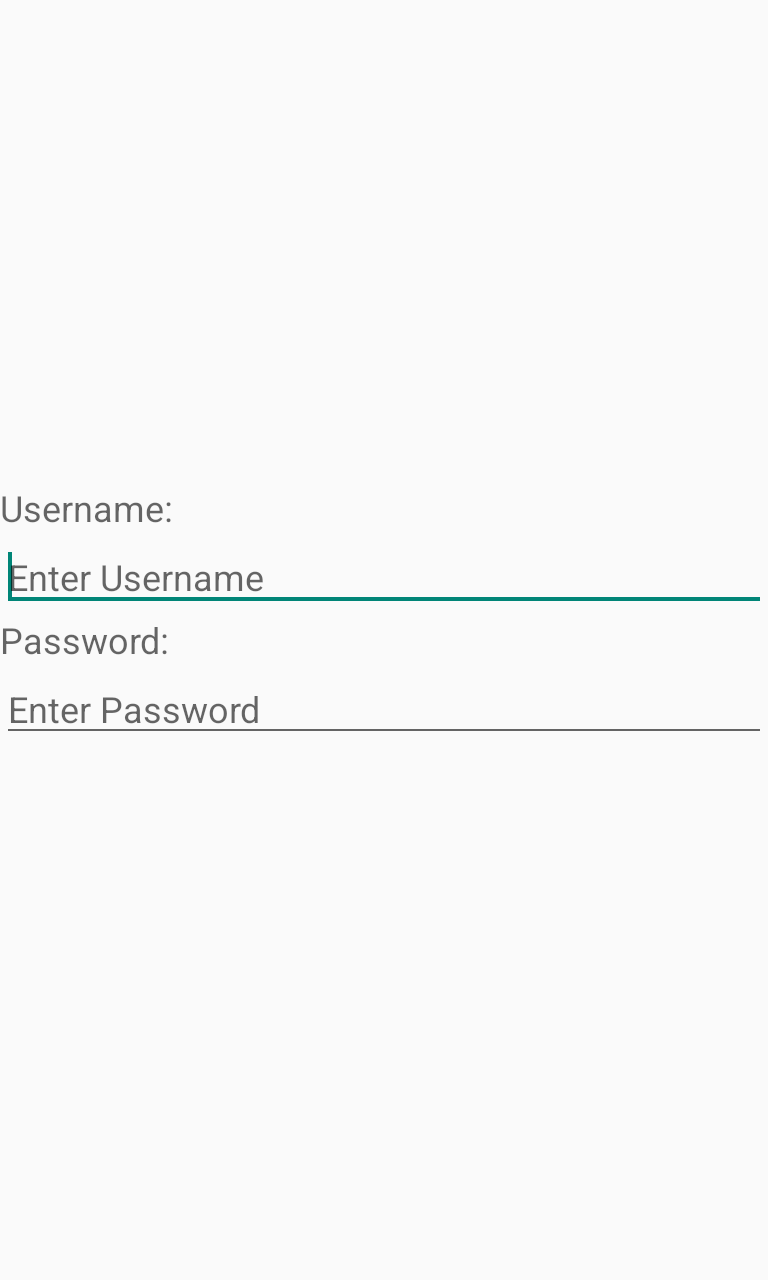
Repository: japheth-starita/DoorLockSystem
Layout: DoorLockSystem/res/layout/activity_login_device_man.xml
The author's editor kept a copy of each file at every save. The layout is drawn from the files as they stood at one save, then again after the next save.
It is drawn on a 768 x 1280 px phone screen (xhdpi) without system bars, with theme AppTheme; the app's code is not run.

Above is the layout before, as saved 2015-11-20 12:49:42.

After the next save:
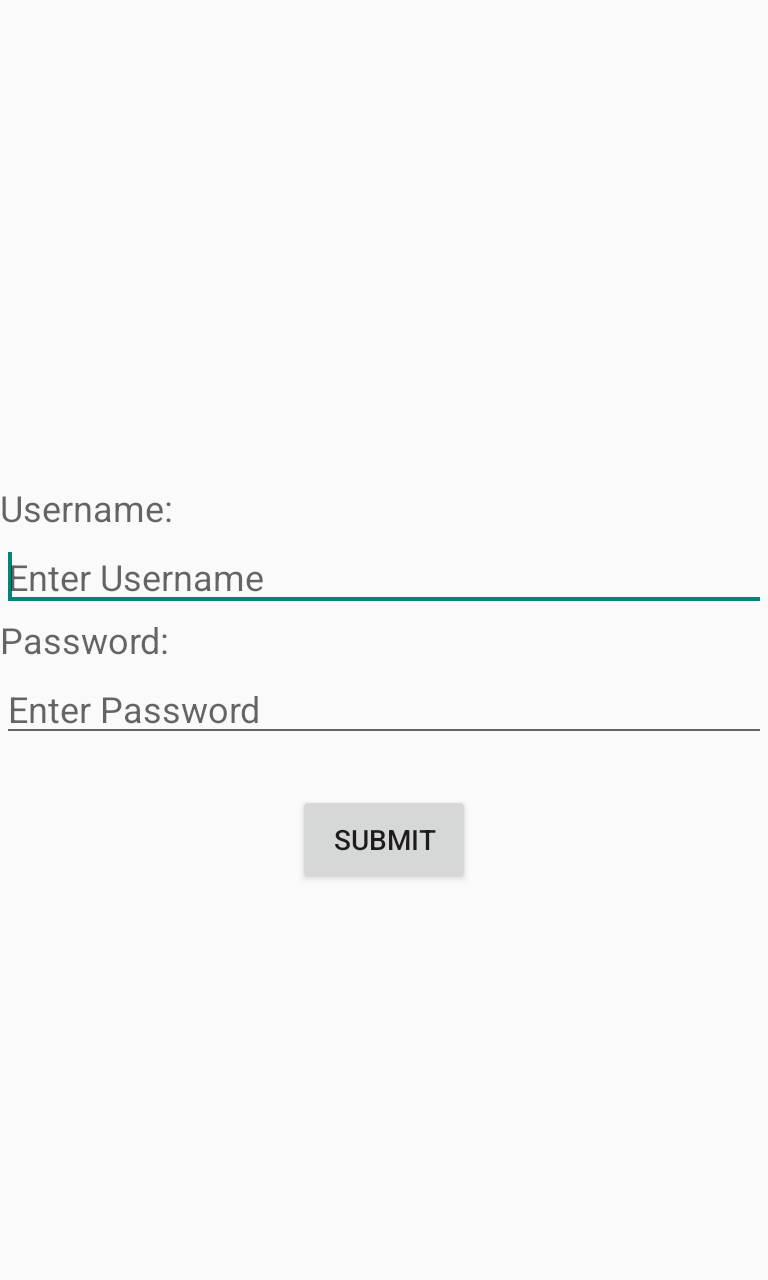
Saved 43 s later.
--- a/DoorLockSystem/res/layout/activity_login_device_man.xml
+++ b/DoorLockSystem/res/layout/activity_login_device_man.xml
@@ -39,4 +39,13 @@
         android:inputType="textPassword"
         android:hint="Enter Password" />
 
+    <Button
+        android:id="@+id/submit"
+        android:layout_width="wrap_content"
+        android:layout_height="wrap_content"
+        android:layout_below="@+id/pw"
+        android:layout_centerHorizontal="true"
+        android:layout_marginTop="22dp"
+        android:text="Submit" />
+
 </RelativeLayout>
